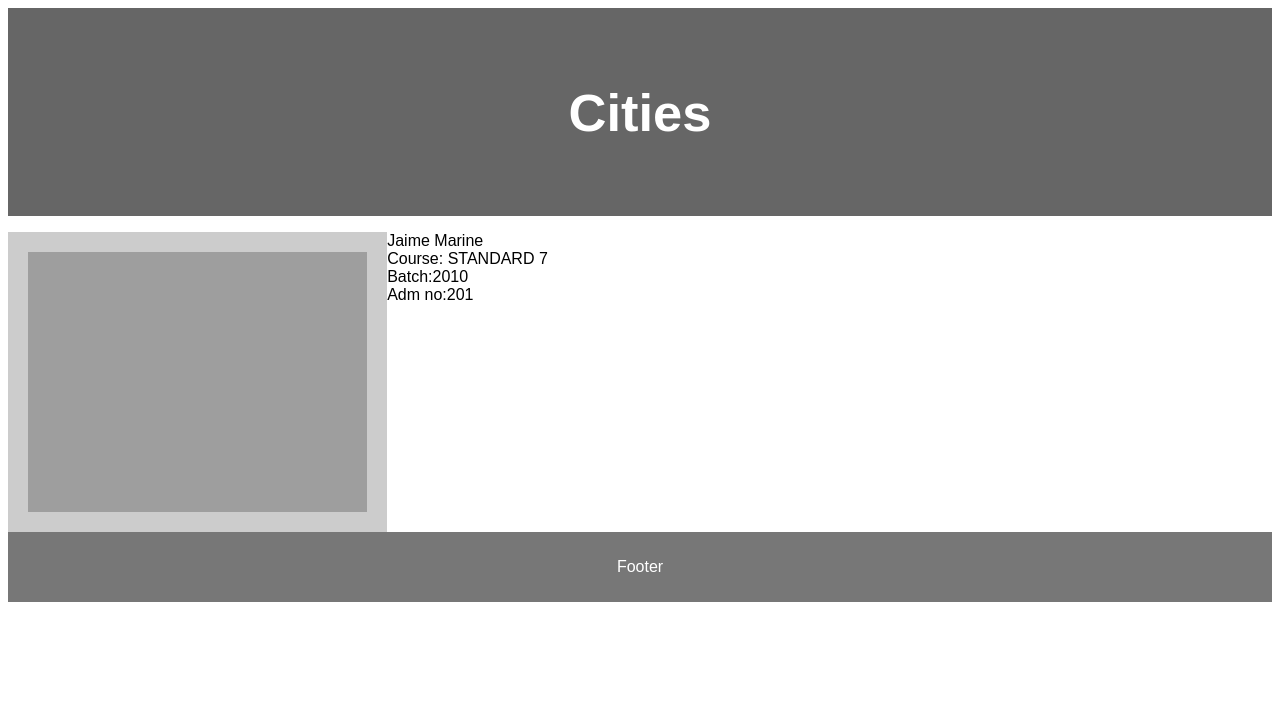
Repository: sandunigayanjali/Library_System
Page: http://localhost/library_management/studentProfile2.jsp
These files come from the project's save history. The page is drawn as it stood at one moment and after the next save; the edit follows.
The browser window is 1280 px wide. The pictures show the whole page.
Pictures or frames that could not be fetched are drawn as grey boxes. The page is served by Tomcat 9.

Above is the page before, as saved 2018-11-23 14:18:47.

After the next save:
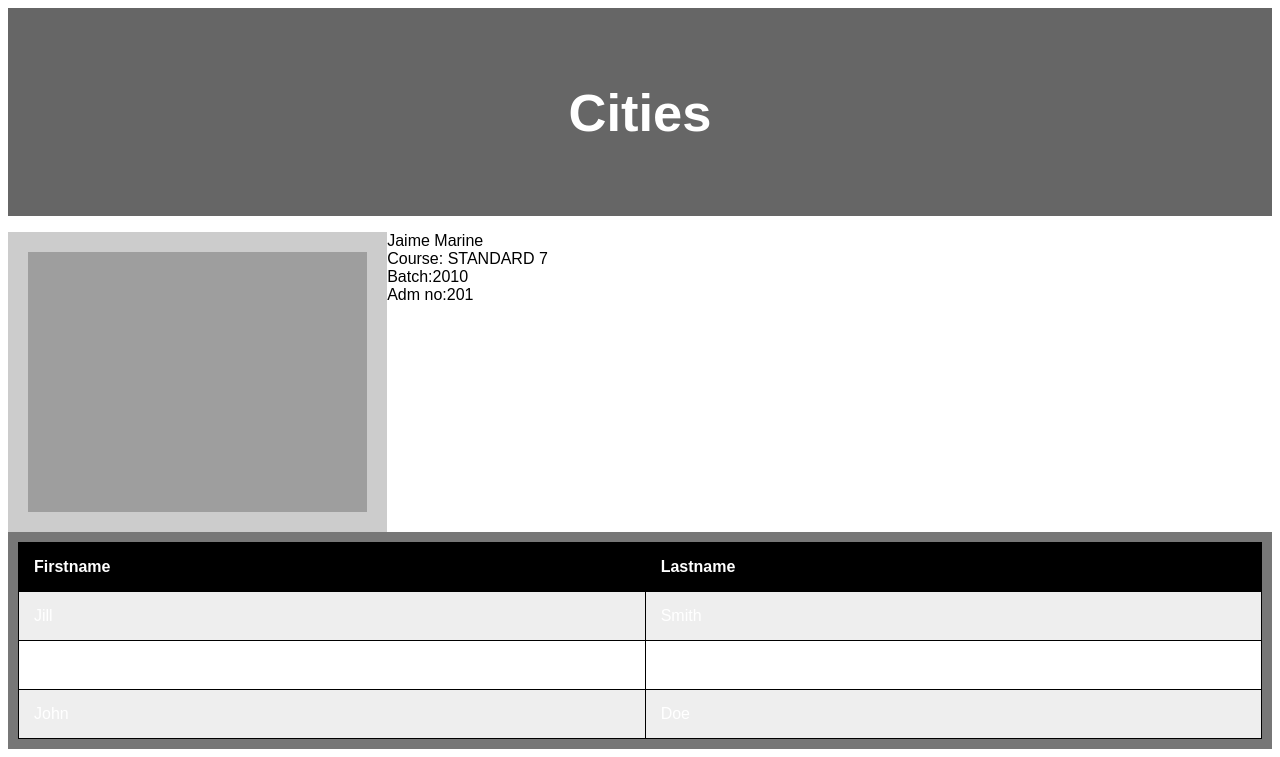
Saved 51 min 26 s later.
--- a/library management/WebContent/studentProfile2.jsp
+++ b/library management/WebContent/studentProfile2.jsp
@@ -71,6 +71,28 @@ footer {
     }
 }*/
 
+table {
+    width:100%;
+}
+table, th, td {
+    border: 1px solid black;
+    border-collapse: collapse;
+}
+th, td {
+    padding: 15px;
+    text-align: left;
+}
+table#t01 tr:nth-child(even) {
+    background-color: #eee;
+}
+table#t01 tr:nth-child(odd) {
+   background-color: #fff;
+}
+table#t01 th {
+    background-color: black;
+    color: white;
+}
+
 </style>
 
 </head>
@@ -98,7 +120,28 @@ footer {
 </section>
 
 <footer>
-  <p>Footer</p>
+ <table id="t01">
+  <tr>
+    <th>Firstname</th>
+    <th>Lastname</th>
+
+  </tr>
+  <tr>
+    <td>Jill</td>
+    <td>Smith</td>
+
+  </tr>
+  <tr>
+    <td>Eve</td>
+    <td>Jackson</td>
+
+  </tr>
+  <tr>
+    <td>John</td>
+    <td>Doe</td>
+
+  </tr>
+</table>
 </footer>
 
 </body>
